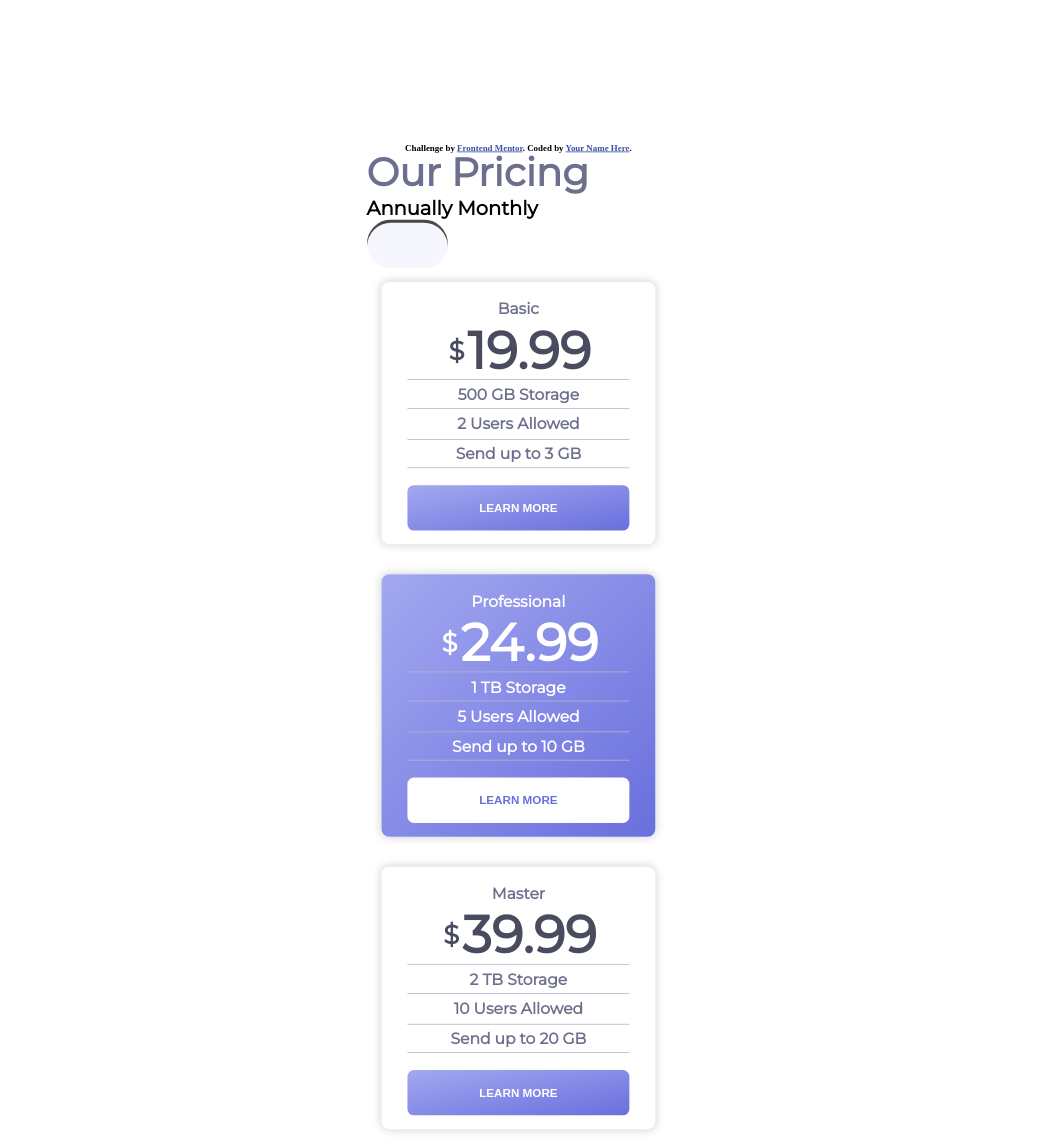
Repository: JuzzJoel/pricing-component-with-toggle-master
Page: index.html
These files come from the project's save history. The page is drawn as it stood at one moment and after the next save; the edit follows.
The browser window is 1280 px wide. The pictures show the whole page, at 81% of full size.

Above is the page before, as saved 2025-05-24 11:45:10.

### index.html
<!DOCTYPE html>
<html lang="en">

<head>
  <meta charset="UTF-8">
  <meta name="viewport" content="width=device-width, initial-scale=1.0">
  <!-- displays site properly based on user's device -->

  <link rel="icon" type="image/png" sizes="32x32" href="./images/favicon-32x32.png">
  <link rel="preconnect" href="https://fonts.googleapis.com">
  <link rel="preconnect" href="https://fonts.gstatic.com" crossorigin>
  <link href="https://fonts.googleapis.com/css2?family=Montserrat:ital,wght@700" rel="stylesheet">
  <title>Frontend Mentor | [pricing-component-with-toggle-master]</title>
  <style>
    :root {

      --linear-gradient: linear-gradient(to bottom right, hsl(236, 72%, 79%), hsl(237, 63%, 64%));

      --clr-pri: hsl(240, 78%, 98%);
      --clr-pri-acc: hsl(234, 14%, 74%);
      --clr-sec: hsl(233, 13%, 49%);
      --clr-sec-acc: hsl(232, 13%, 33%);
    }

    *,
    *::before,
    *::after {
      box-sizing: border-box;
    }

    * {
      margin: 0;
      padding: 0;
      box-sizing: border-box;
    }

    .visually-hidden:not(:focus):not(:active) {
      clip: rect(0 0 0 0);
      clip-path: inset(50%);
      height: 1px;
      overflow: hidden;
      position: absolute;
      white-space: nowrap;
      width: 1px;
    }

    .attribution {
      font-size: 11px;
      text-align: center;
      height: 1vh;
    }

    .attribution a {
      color: hsl(228, 45%, 44%);
    }

    body {
      font-size: 0.95rem;
      font-weight: 700;
      width: 100vw;
      height: 150vh;
      display: flex;
      align-items: center;
      justify-content: center;
      flex-direction: column;
    }


    .container {
      width: 375px;
      height: 100vh;
      font-family: "Montserrat", sans-serif;

    }

    .pricing-header {
      font-size: 1.5rem;
    }

    .pricing-header h1 {
      color: var(--clr-sec);

    }

    .toggle-box {
      width: 100%;
      height: 100%;
    }

    .toggle-container {
      width: 100px;
      height: 25px;
      position: relative;
      background: var(--clr-pri);
      padding: 30px;
      border-radius: 3rem;

      box-shadow: inset 0 4px 0 0 rgba(0, 0, 0, 0.7);
    }

    .toggle-slider {
      position: absolute;
      border-radius: 50%;
      left: 10px;
      top: 5px;
    }

    input[type="radio"] {
      display: none;
    }

    .pricing {}


    .content-body {
      display: flex;
      flex-direction: column;
      align-items: center;
      width: 100%;
      height: 150vh;
    }

    .content {
      display: flex;
      flex-direction: column;
      align-items: center;
      justify-content: space-evenly;
      width: 90%;
      gap: 20px;
      height: 100%;
    }

    .card-container {
      display: flex;
      flex-direction: column;
      align-items: center;
      justify-content: center;
      width: 100%;
      border-radius: .6rem;

      box-shadow: 0 0 .625rem .125rem rgba(0, 0, 0, 0.15);
      height: 30%;
    }

    .card-container:nth-child(2) {
      background: var(--linear-gradient);
    }

    .card {
      display: flex;
      flex-direction: column;
      align-items: center;
      justify-content: space-between;
      width: 90%;
      height: 85%;
      font-family: "Montserrat", sans-serif;
    }

    .card>* {
      width: inherit;
      display: flex;
      align-items: center;
      justify-content: center;
    }

    .rows-head {
      height: 35%;
      display: flex;
      flex-direction: column;
      align-items: center;
      justify-content: center;
    }

    .rows-head p {
      font-size: 1.2rem;

      color: var(--clr-sec);
    }

    .rows-head h1 {
      font-size: 4rem;
      color: var(--clr-sec-acc);
      display: flex;
      align-items: center;
    }

    .rows-head h1 span {
      font-size: 2rem;
      color: var(--clr-sec-acc);
      margin-right: 2%;
    }

    .rows {
      height: 15%;
      border: 1px solid var(--clr-pri-acc);
      border-left: none;
      border-right: none;
      color: var(--clr-sec);
      font-size: 1.2rem;
    }

    .rows:nth-child(3) {
      border: none;
    }

    .rows-button {
      height: 25%;
      display: flex;
      align-items: center;
      justify-content: center;
    }

    button {
      width: 100%;
      display: flex;
      align-items: center;
      justify-content: center;
      border-radius: .5rem;
      border: none;
      padding: 1.25rem 2.5rem;
      text-transform: uppercase;
      color: white;
      background: var(--linear-gradient);
      font-weight: 700;
      font-size: 0.9rem;
      margin-top: 10%;
    }

    .card-container:nth-child(2) .rows,
    .card-container:nth-child(2) .rows-head,
    .card-container:nth-child(2) .rows-head h1,
    .card-container:nth-child(2) .rows-head h1 span {
      color: white;
    }

    .card-container:nth-child(2) .rows-head p {
      color: white;
    }

    .card-container:nth-child(2) button {
      background: white;
      color: hsl(237, 63%, 64%);
    }

    @media(min-width:1440px) {
      .content {
        flex-direction: row;
        justify-content: space-between;
      }
    }
  </style>
</head>

<body>
  <div class="attribution">
    Challenge by <a href="https://www.frontendmentor.io?ref=challenge" target="_blank">Frontend Mentor</a>.
    Coded by <a href="#">Your Name Here</a>.
  </div>


  <div class="container">
    <div class="pricing-header">
      <h1>Our Pricing</h1>
      <div class="toggle-box">
        Annually
        Monthly
        <div class="toggle-container">
          <input type="radio" class="pricing" id="price-annnual">
          <label for="price-annual"></label>

          <input type="radio" class="pricing" id="price-month">
          <label for="price-month"></label>

          <div class="toggle-slider"></div>
        </div>
      </div>
      <div class="content-body">
        <div class="content">
          <div class="card-container">
            <div class="card">
              <div class="rows-head">
                <p>Basic</p>
                <h1> <span>&dollar;</span>
                  19.99
                  <i class="visually-hidden">&dollar;199.99</i>
                </h1>
              </div>
              <div class="rows">500 GB Storage</div>
              <div class="rows">2 Users Allowed</div>
              <div class="rows">Send up to 3 GB</div>
              <div class="rows-button"><button>Learn More</button></div>
            </div>
          </div>

          <div class="card-container">
            <div class="card">
              <div class="rows-head">
                <p>Professional</p>
                <h1> <span>&dollar;</span>24.99
                  <i class="visually-hidden">&dollar;249.99</i>
                </h1>
              </div>
              <div class="rows">1 TB Storage</div>
              <div class="rows">5 Users Allowed</div>
              <div class="rows">Send up to 10 GB</div>
              <div class="rows-button"><button>Learn More</button></div>
            </div>
          </div>
          <div class="card-container">
            <div class="card">
              <div class="rows-head">
                <p>Master</p>
                <h1> <span>&dollar;</span>39.99
                  <i class="visually-hidden">&dollar;399.99</i>
                </h1>
              </div>
              <div class="rows">2 TB Storage</div>
              <div class="rows">10 Users Allowed</div>
              <div class="rows">Send up to 20 GB</div>
              <div class="rows-button"><button>Learn More</button></div>
            </div>
          </div>
        </div>
      </div>
    </div>
  </div>


</body>

</html>

After the next save:
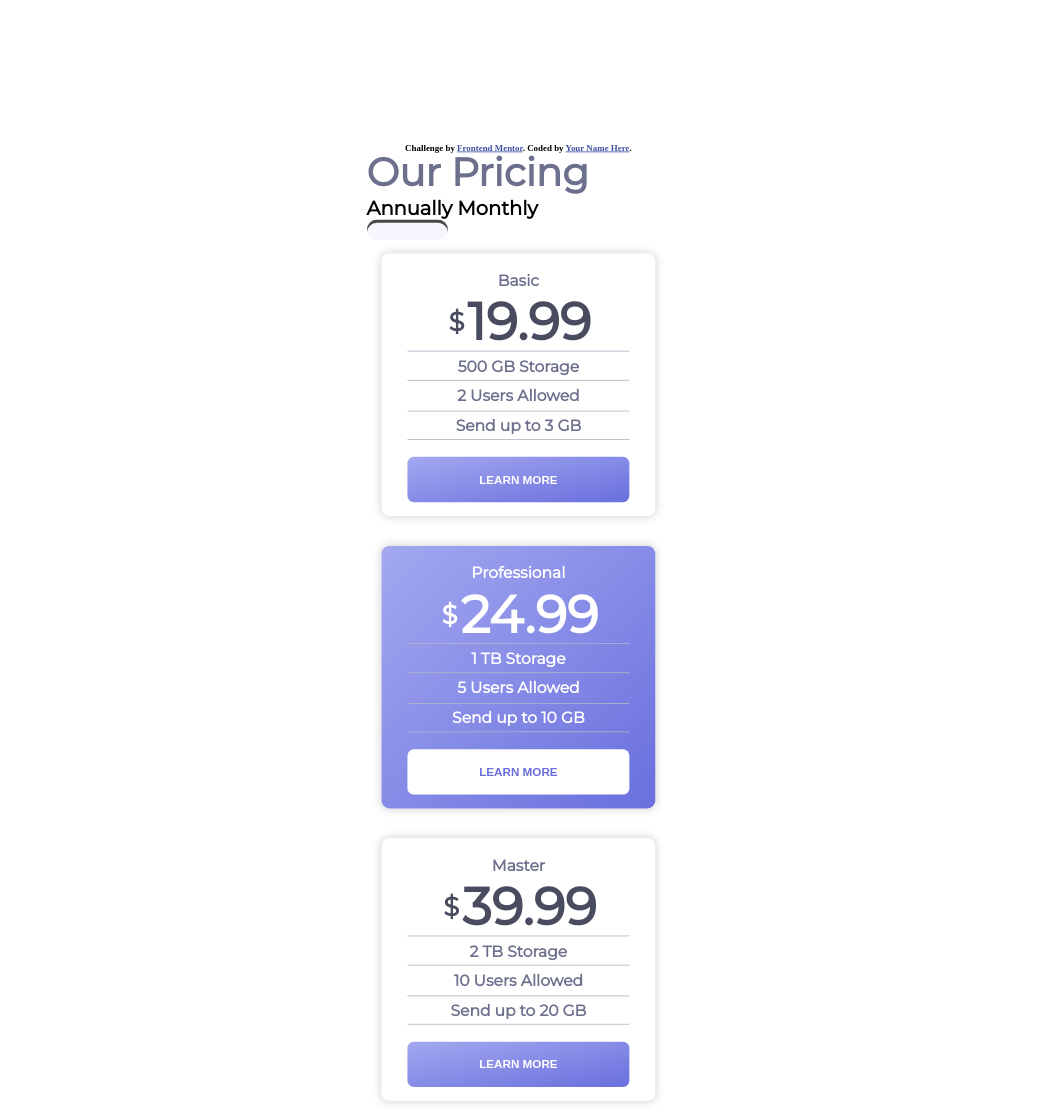
Saved 16 s later.
--- a/index.html
+++ b/index.html
@@ -92,7 +92,7 @@
       height: 25px;
       position: relative;
       background: var(--clr-pri);
-      padding: 30px;
+      padding: 10px;
       border-radius: 3rem;
 
       box-shadow: inset 0 4px 0 0 rgba(0, 0, 0, 0.7);
